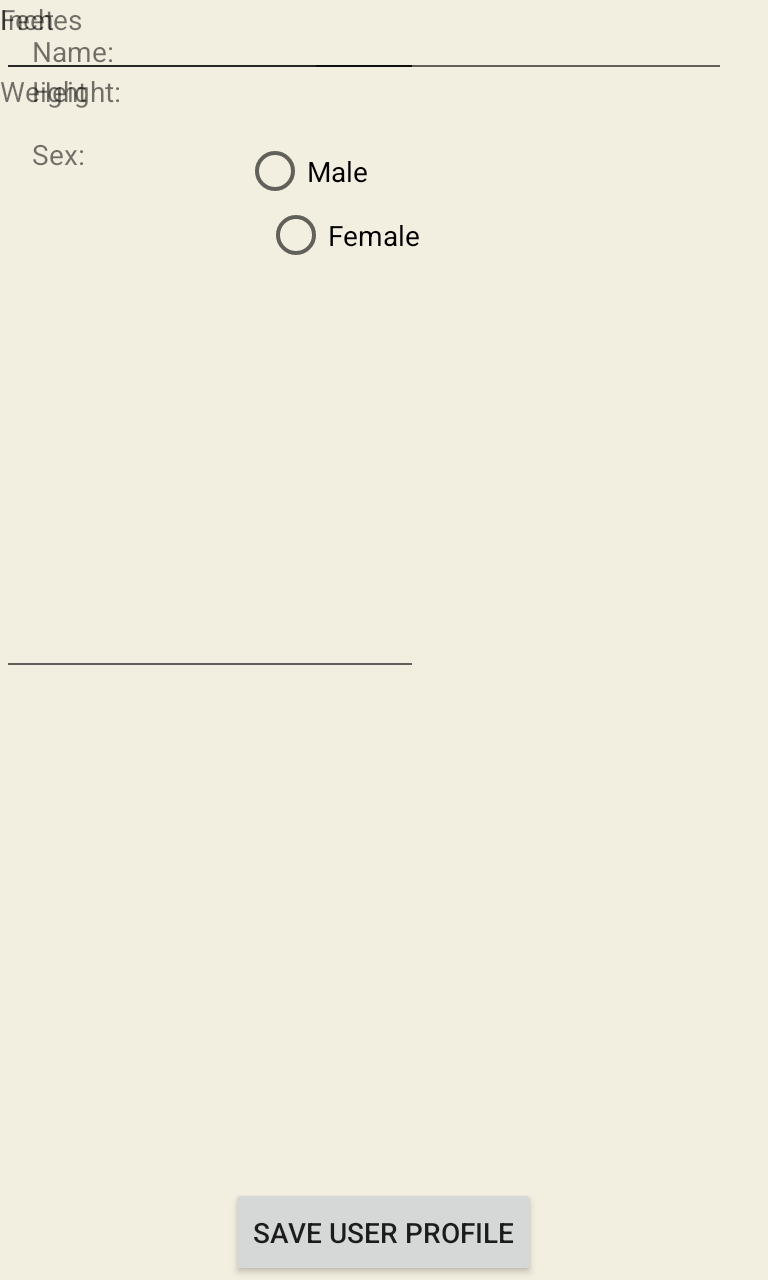
Repository: CS185Wingman/wingman
Layout: Workspace/wingman/res/layout/user_settings.xml
An editor plug-in stored every save of this project. The layout is shown before and after the next save, followed by the edit.
It is drawn on a 768 x 1280 px phone screen (xhdpi) without system bars, with theme AppTheme; the app's code is not run.

Above is the layout before, as saved 2014-06-06 04:28:34.

### Workspace/wingman/res/layout/user_settings.xml
<?xml version="1.0" encoding="utf-8"?>
<RelativeLayout xmlns:android="http://schemas.android.com/apk/res/android"
    android:layout_width="wrap_content"
    android:layout_height="wrap_content"
    android:background="@color/offwhite" >

    <TextView
        android:id="@+id/nameLabel"
        android:layout_width="wrap_content"
        android:layout_height="wrap_content"
        android:layout_alignParentLeft="true"
        android:layout_alignParentTop="true"
        android:layout_marginLeft="16dp"
        android:layout_marginTop="16dp"
        android:text="Name:" />

    <EditText
        android:id="@+id/nameField"
        android:layout_width="wrap_content"
        android:layout_height="wrap_content"
        android:layout_alignParentRight="true"
        android:layout_marginRight="20dp"
        android:ems="10"
        android:inputType="textPersonName" />

    <TextView
        android:id="@+id/sexLabel"
        android:layout_width="wrap_content"
        android:layout_height="wrap_content"
        android:layout_alignLeft="@+id/nameLabel"
        android:layout_below="@+id/nameField"
        android:layout_marginTop="26dp"
        android:text="Sex:" />

    <RadioGroup
    android:layout_width="fill_parent"
    android:layout_height="wrap_content"
    android:orientation="vertical">
    </RadioGroup>

    <TextView
        android:id="@+id/heightLabel"
        android:layout_width="wrap_content"
        android:layout_height="wrap_content"
        android:layout_alignLeft="@+id/sexLabel"
        android:layout_marginTop="36dp"
        android:text="Height:" />

    <EditText
        android:id="@+id/heightField"
        android:layout_width="wrap_content"
        android:layout_height="wrap_content"
        android:ems="10"
        android:inputType="number" >

        />
    </EditText>

    <EditText
        android:id="@+id/inchesField"
        android:layout_width="wrap_content"
        android:layout_height="wrap_content"
        android:layout_centerVertical="true"
        android:ems="10"
        android:inputType="number" />

    <TextView
        android:id="@+id/feetLabel"
        android:layout_width="wrap_content"
        android:layout_height="wrap_content"
        android:text="Feet" />

    <TextView
        android:id="@+id/inchesLabel"
        android:layout_width="wrap_content"
        android:layout_height="wrap_content"
        android:text="Inches" />

    <TextView
        android:id="@+id/weightLabel"
        android:layout_width="wrap_content"
        android:layout_height="wrap_content"
        android:layout_marginTop="36dp"
        android:text="Weight" />

    <EditText
        android:id="@+id/weightField"
        android:layout_width="wrap_content"
        android:layout_height="wrap_content"
        android:ems="10"
        android:inputType="number" />

    <Button
        android:id="@+id/saveSettingsButton"
        android:layout_width="wrap_content"
        android:layout_height="wrap_content"
        android:layout_alignParentBottom="true"
        android:layout_centerHorizontal="true"
        android:text="Save User Profile" />

    <RadioButton
        android:id="@+id/maleButton"
        android:layout_width="wrap_content"
        android:layout_height="wrap_content"
        android:layout_alignRight="@+id/weightField"
        android:layout_below="@+id/weightField"
        android:layout_marginRight="26dp"
        android:layout_marginTop="28dp"
        android:text="Male" />

    <RadioButton
        android:id="@+id/femaleButton"
        android:layout_width="wrap_content"
        android:layout_height="wrap_content"
        android:layout_alignRight="@+id/inchesField"
        android:layout_below="@+id/maleButton"
        android:text="Female" />

</RelativeLayout>

### Workspace/wingman/res/values/colors.xml
<?xml version="1.0" encoding="utf-8"?>
<resources>
    <color name="red">#ff0000</color>
    <color name="green">#00ff00</color>
    <color name="orange">#ff6600</color>
    <color name="blue">#0066FF</color>
    <color name="grey">#696969</color>
    <color name="teal">#217c7e</color>
    <color name="offwhite">#f3efe0</color>
    <color name="lightblue">#3399ff</color>
    <color name="darkred">#9a3334</color>
</resources>

Loaded but not shown: Workspace/wingman/res/values/styles.xml (common file); Workspace/wingman/res/values-v11/styles.xml (common file); Workspace/wingman/res/values-v14/styles.xml (common file)

After the next save:
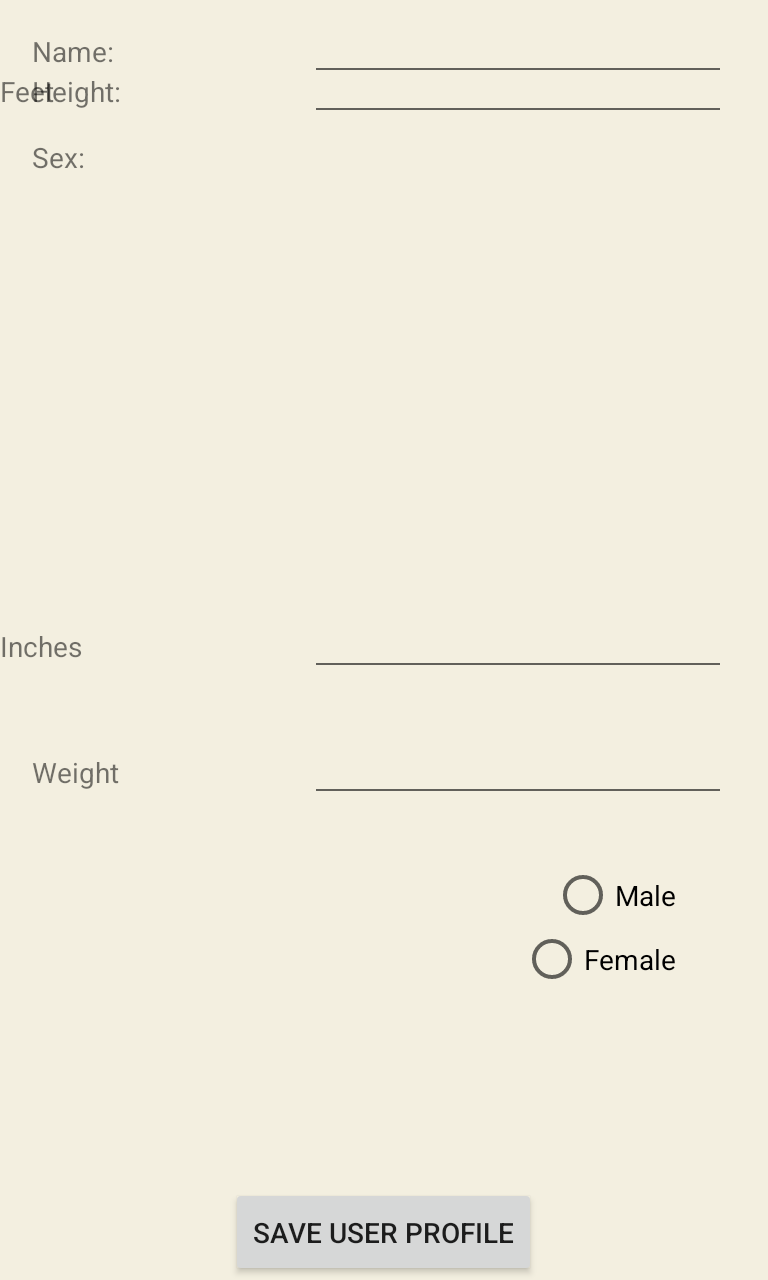
Saved 10 s later.
--- a/Workspace/wingman/res/layout/user_settings.xml
+++ b/Workspace/wingman/res/layout/user_settings.xml
@@ -18,6 +18,8 @@
         android:id="@+id/nameField"
         android:layout_width="wrap_content"
         android:layout_height="wrap_content"
+        android:layout_alignBaseline="@+id/nameLabel"
+        android:layout_alignBottom="@+id/nameLabel"
         android:layout_alignParentRight="true"
         android:layout_marginRight="20dp"
         android:ems="10"
@@ -50,6 +52,9 @@
         android:id="@+id/heightField"
         android:layout_width="wrap_content"
         android:layout_height="wrap_content"
+        android:layout_alignBaseline="@+id/heightLabel"
+        android:layout_alignBottom="@+id/heightLabel"
+        android:layout_alignLeft="@+id/nameField"
         android:ems="10"
         android:inputType="number" >
 
@@ -60,6 +65,8 @@
         android:id="@+id/inchesField"
         android:layout_width="wrap_content"
         android:layout_height="wrap_content"
+        android:layout_alignLeft="@+id/heightField"
+        android:layout_alignRight="@+id/heightField"
         android:layout_centerVertical="true"
         android:ems="10"
         android:inputType="number" />
@@ -68,18 +75,25 @@
         android:id="@+id/feetLabel"
         android:layout_width="wrap_content"
         android:layout_height="wrap_content"
+        android:layout_alignBaseline="@+id/heightField"
+        android:layout_alignBottom="@+id/heightField"
         android:text="Feet" />
 
     <TextView
         android:id="@+id/inchesLabel"
         android:layout_width="wrap_content"
         android:layout_height="wrap_content"
+        android:layout_alignBaseline="@+id/inchesField"
+        android:layout_alignBottom="@+id/inchesField"
+        android:layout_alignLeft="@+id/feetLabel"
         android:text="Inches" />
 
     <TextView
         android:id="@+id/weightLabel"
         android:layout_width="wrap_content"
         android:layout_height="wrap_content"
+        android:layout_alignLeft="@+id/heightLabel"
+        android:layout_below="@+id/inchesField"
         android:layout_marginTop="36dp"
         android:text="Weight" />
 
@@ -87,6 +101,9 @@
         android:id="@+id/weightField"
         android:layout_width="wrap_content"
         android:layout_height="wrap_content"
+        android:layout_alignBaseline="@+id/weightLabel"
+        android:layout_alignBottom="@+id/weightLabel"
+        android:layout_alignLeft="@+id/inchesField"
         android:ems="10"
         android:inputType="number" />
 
@@ -112,7 +129,7 @@
         android:id="@+id/femaleButton"
         android:layout_width="wrap_content"
         android:layout_height="wrap_content"
-        android:layout_alignRight="@+id/inchesField"
+        android:layout_alignRight="@+id/maleButton"
         android:layout_below="@+id/maleButton"
         android:text="Female" />
 
